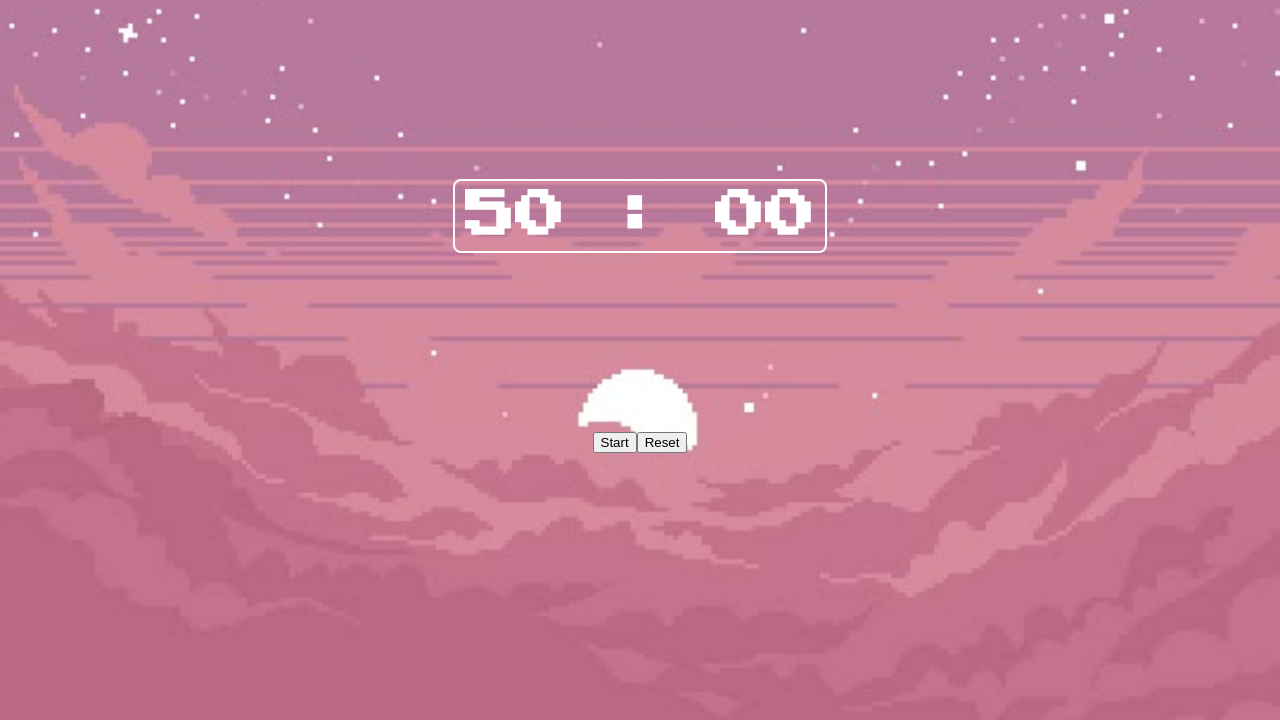
Repository: niharikapatil2306/Study-Timer
Page: index.html
These files come from the project's save history. The page is drawn as it stood at one moment and after the next save; the edit follows.
The browser window is 1280 px wide. The pictures show the whole page.

Above is the page before, as saved 2025-02-15 15:33:41.

After the next save:
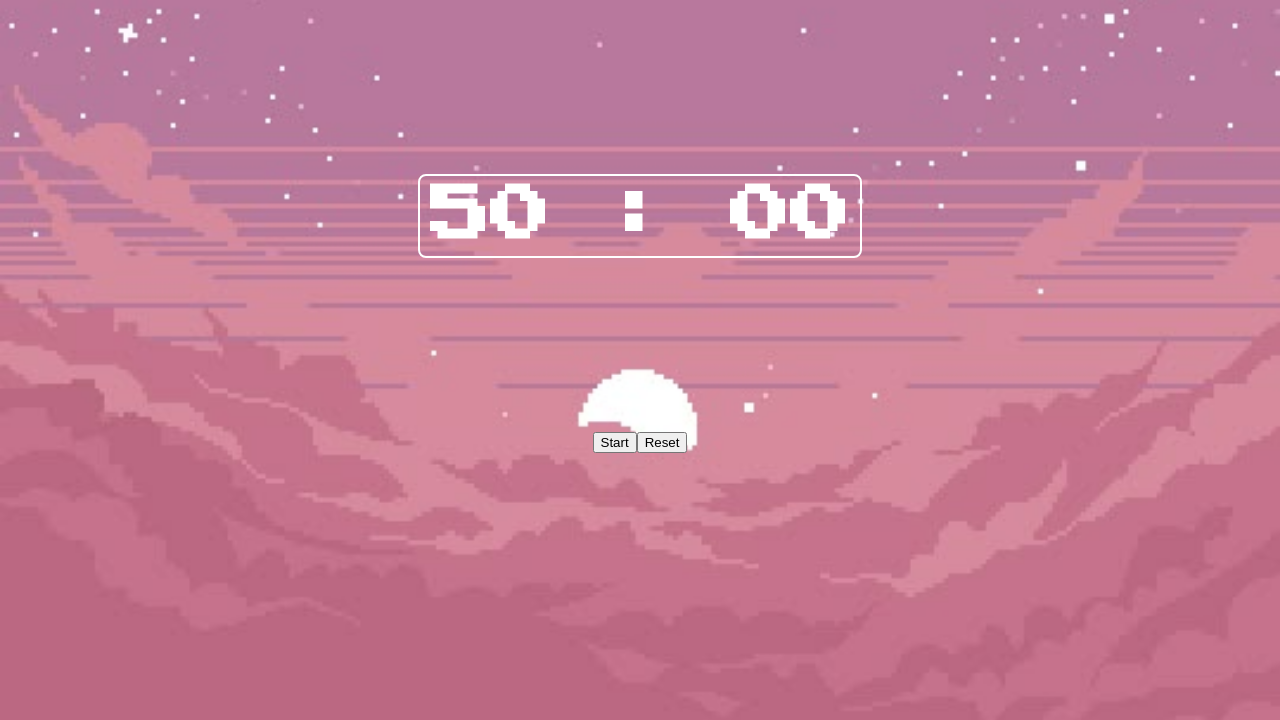
Saved 4 s later.
--- a/style.css
+++ b/style.css
@@ -18,7 +18,7 @@ body {
 .timer{
     font-family: 'Press Start 2P', monospace;
     height: 60vh;
-    font-size: 50px;
+    font-size: 60px;
     font-weight: 600;
     color: white;
     display: flex;
